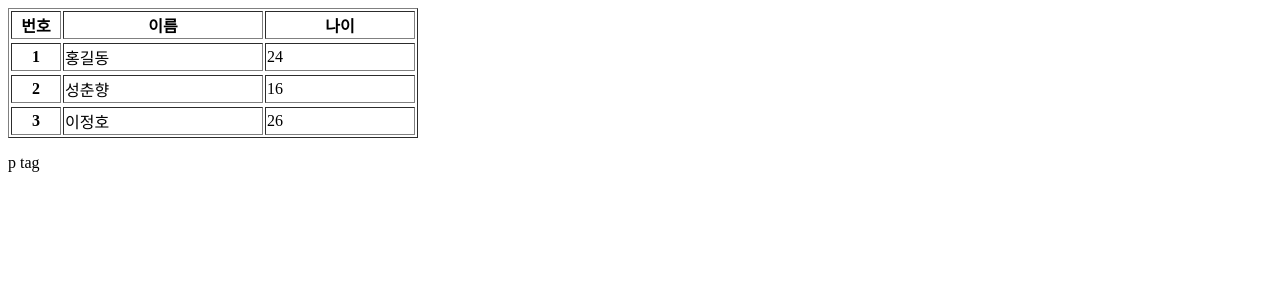
Repository: jeongho97/JQuery
Page: JQuery기본/WebContent/JQuery속성추가_값저장.html
An editor plug-in stored every save of this project. The page is shown before and after the next save, followed by the edit.
The browser window is 1280 px wide. The pictures show the whole page.

Above is the page before, as saved 2022-05-13 01:28:38.

### JQuery기본/WebContent/JQuery속성추가_값저장.html
<!DOCTYPE html>
<html>
<head>
<meta charset="UTF-8">
<title>Insert title here</title>
<script src="https://ajax.googleapis.com/ajax/libs/jquery/3.6.0/jquery.min.js"></script> <!-- jQuery를 직접 다운로드하고 호스팅 -->
</head>
<body>

<table border="1">
<col width="50"><col width="200"><col width="150">

<tr>
	<th>번호</th><th>이름</th><th>나이</th>
</tr>

<tr>
<tr class="cls">
	<th>1</th><td>홍길동</td><td>24</td>
</tr>
<tr>
<tr class="cls">
	<th>2</th><td>성춘향</td><td>16</td>
</tr>
<tr>
<tr class="cls">
	<th>3</th><td>이정호</td><td>26</td>
</tr>
</table>

<p>p tag</p>

<script type="text/javascript">
$(document).ready(function(){

	$("tr.cls").mouseover(function(){
		$(this).css("background","red")
	});
	$("tr.cls").mouseout(function(){
		$(this).css("background","white")
	})

})


</script>



</body>
</html>

After the next save:
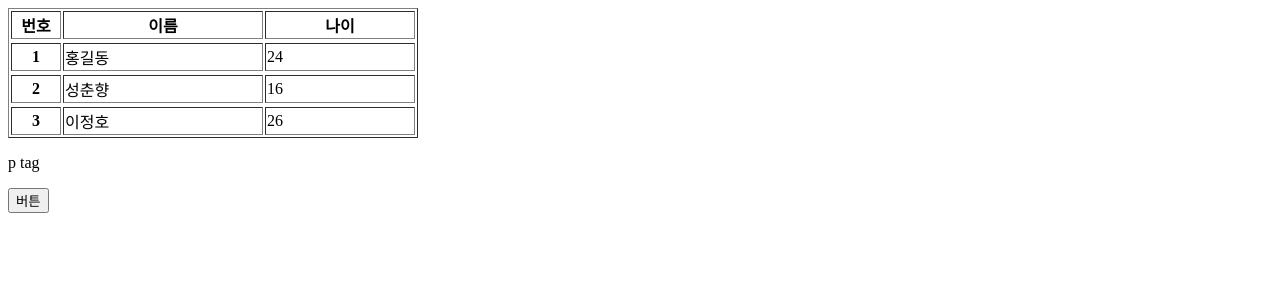
Saved 18 s later.
--- a/JQuery기본/WebContent/JQuery속성추가_값저장.html
+++ b/JQuery기본/WebContent/JQuery속성추가_값저장.html
@@ -30,6 +30,8 @@
 
 <p>p tag</p>
 
+<button type="button" id="btn">버튼</button>
+
 <script type="text/javascript">
 $(document).ready(function(){
 
